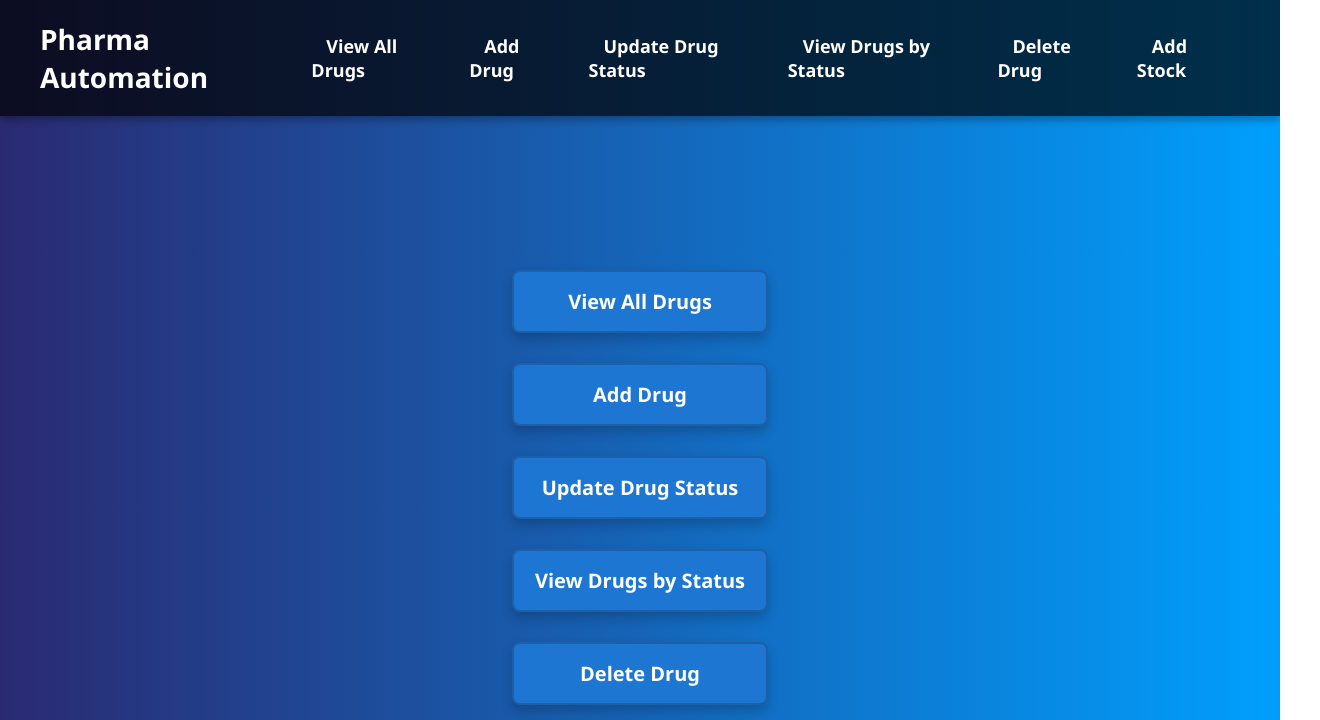
Repository: Clarrieous/Infosys-intern
Page: http://localhost/index
The author's editor kept a copy of each file at every save. The page is drawn from the files as they stood at one save, then again after the next save.
The browser window is 1280 px wide. The page is 1280 px wide, then 1320 px, so the pictures cover 1320 px, including what lies to the right of the window. The pictures show the whole page.
The page is this project's Thymeleaf template; nobody is signed in. The template is opened directly, without the code that normally fills it, so the values that code supplies are empty.

Above is the page before, as saved 2024-12-08 12:21:12.

After the next save:
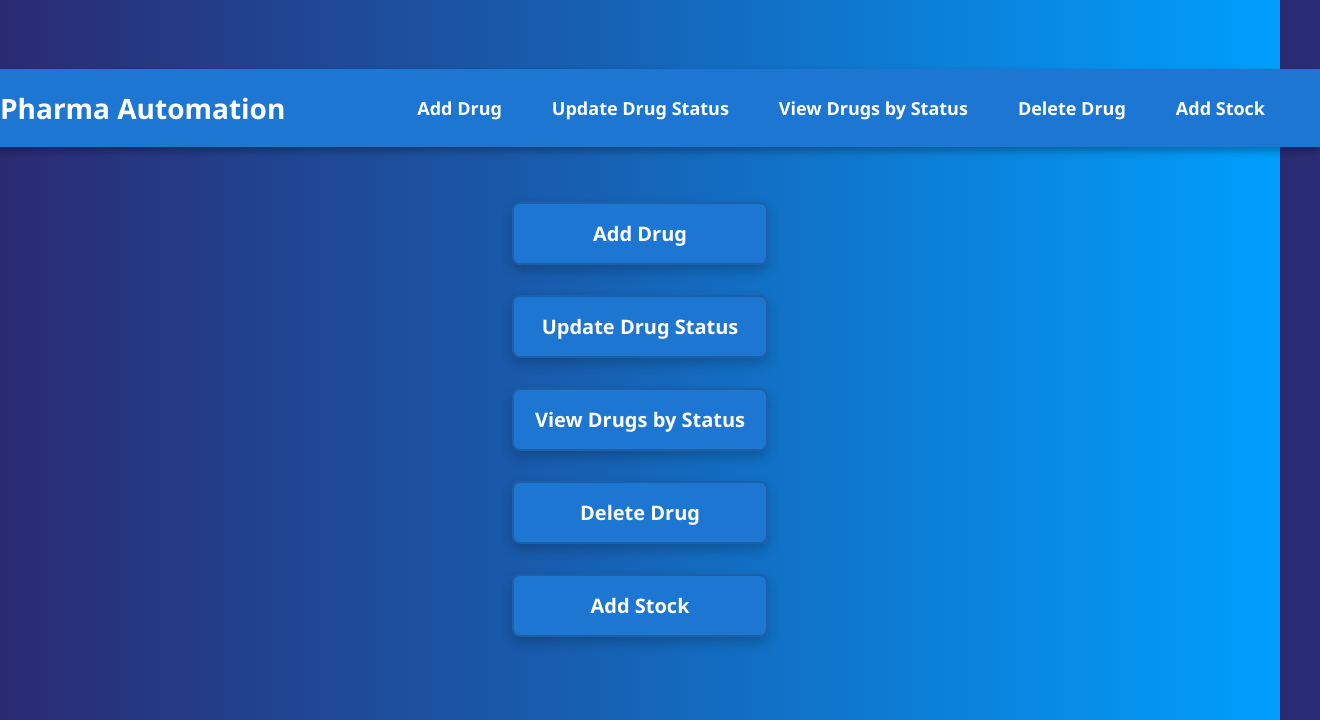
Saved 117 s later.
--- a/ClientService/src/main/resources/templates/index.html
+++ b/ClientService/src/main/resources/templates/index.html
@@ -14,15 +14,17 @@
             height: 100vh;
             display: flex;
             flex-direction: column;
-            justify-content: space-between;
+            justify-content: center; /* Align content vertically centered */
+            align-items: center; /* Align content horizontally centered */
         }
 
         .navbar {
+            width: 100%;
             display: flex;
             justify-content: space-between;
             align-items: center;
             padding: 20px 40px;
-            background-color: rgba(0, 0, 0, 0.7);
+            background-color: #1c76d2; /* Navbar color changed to match the theme */
             box-shadow: 0 4px 8px rgba(0, 0, 0, 0.3);
         }
 
@@ -55,7 +57,7 @@
         }
 
         .navbar ul li a:hover {
-            background-color: #4CAF50;
+            background-color: #1873b7; /* Hover effect matching button color */
             color: white;
         }
 
@@ -76,16 +78,16 @@
             font-size: 20px;
             font-weight: bold;
             color: #fff;
-            background-color: #1c76d2; /* Adjusted button color to a blue shade */
+            background-color: #1c76d2; /* Button color matching the navbar */
             text-decoration: none;
-            border: 2px solid #1e60a8; /* Slightly darker blue border */
+            border: 2px solid #1e60a8;
             border-radius: 8px;
             transition: all 0.3s ease;
             box-shadow: 0 6px 12px rgba(0, 0, 0, 0.2);
         }
 
         .button-list a:hover {
-            background-color: #1873b7; /* Slightly darker blue on hover */
+            background-color: #1873b7;
             color: white;
             transform: translateY(-5px);
             box-shadow: 0 8px 16px rgba(0, 0, 0, 0.3);
@@ -95,10 +97,13 @@
             .navbar {
                 flex-direction: column;
                 align-items: flex-start;
+                padding: 10px 20px;
             }
 
             .navbar ul {
                 flex-direction: column;
+                align-items: flex-start;
+                margin-top: 10px;
             }
 
             .button-list a {
@@ -114,7 +119,6 @@
     <div class="navbar">
         <h1>Pharma Automation</h1>
         <ul>
-            <li><a th:href="@{/viewAllDrugs}">View All Drugs</a></li>
             <li><a th:href="@{/addDrug}">Add Drug</a></li>
             <li><a th:href="@{/updateStatus}">Update Drug Status</a></li>
             <li><a th:href="@{/viewDrugStatus}">View Drugs by Status</a></li>
@@ -124,11 +128,11 @@
     </div>
 
     <div class="button-list">
-        <a th:href="@{/viewAllDrugs}">View All Drugs</a>
         <a th:href="@{/addDrug}">Add Drug</a>
         <a th:href="@{/updateStatus}">Update Drug Status</a>
         <a th:href="@{/viewDrugStatus}">View Drugs by Status</a>
         <a th:href="@{/deleteDrug}">Delete Drug</a>
+        <a th:href="@{/addStock}">Add Stock</a>
     </div>
 
 </body>
